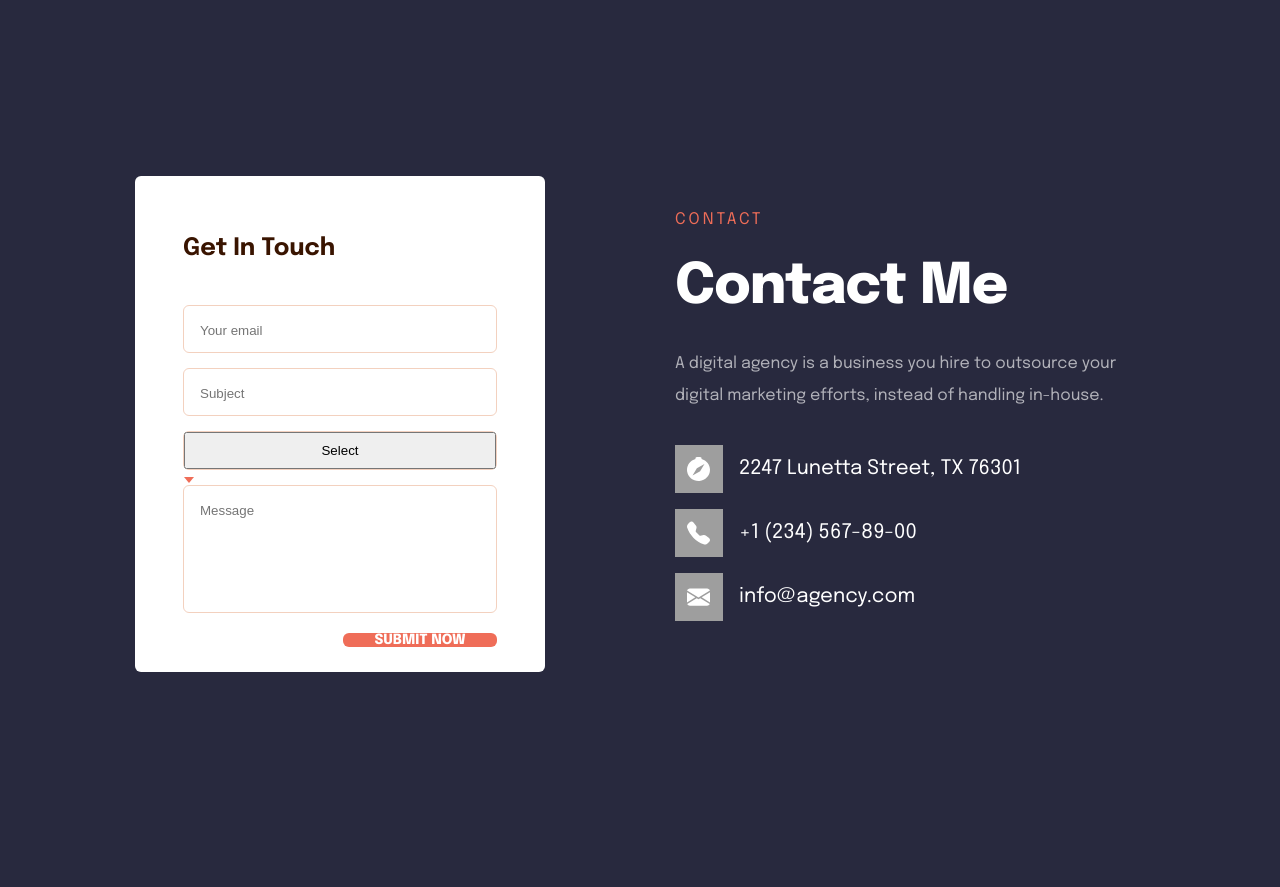
Repository: NatiqSamiyev/form-task-2
Page: index.html
An editor plug-in stored every save of this project. The page is shown before and after a run of saves, followed by the edit.
The browser window is 1280 px wide. The pictures show the whole page.
Pictures or frames that could not be fetched are drawn as grey boxes. Some web fonts or font styles are not loaded; a fallback is used.

Above is the page before, as saved 2023-10-26 11:43:17.

After the next 3 saves:
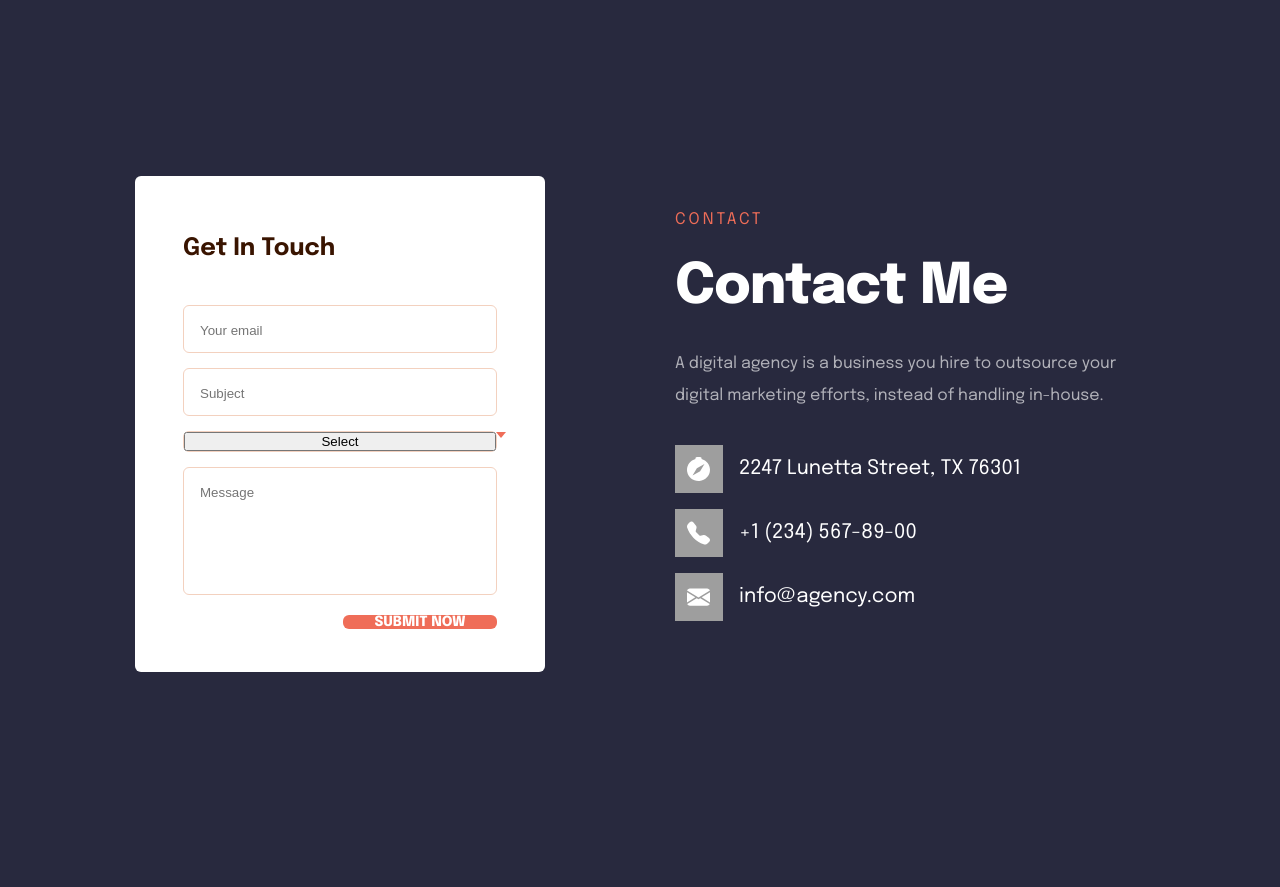
The 3 saves are shown as one change because they came seconds apart.
The last was saved 9 s later.
--- a/index.css
+++ b/index.css
@@ -163,7 +163,6 @@ ul li:last-child {
   /* padding: 20px 16px; */
   border-radius: 6px;
 border: 1px solid #F3D1BF;
-
 background: #FFF;
 }
 .select-box button{
@@ -171,4 +170,7 @@ background: #FFF;
   height: 100%;
 
 }
-.select-box
+.select-box svg{
+
+  position: absolute;
+}
